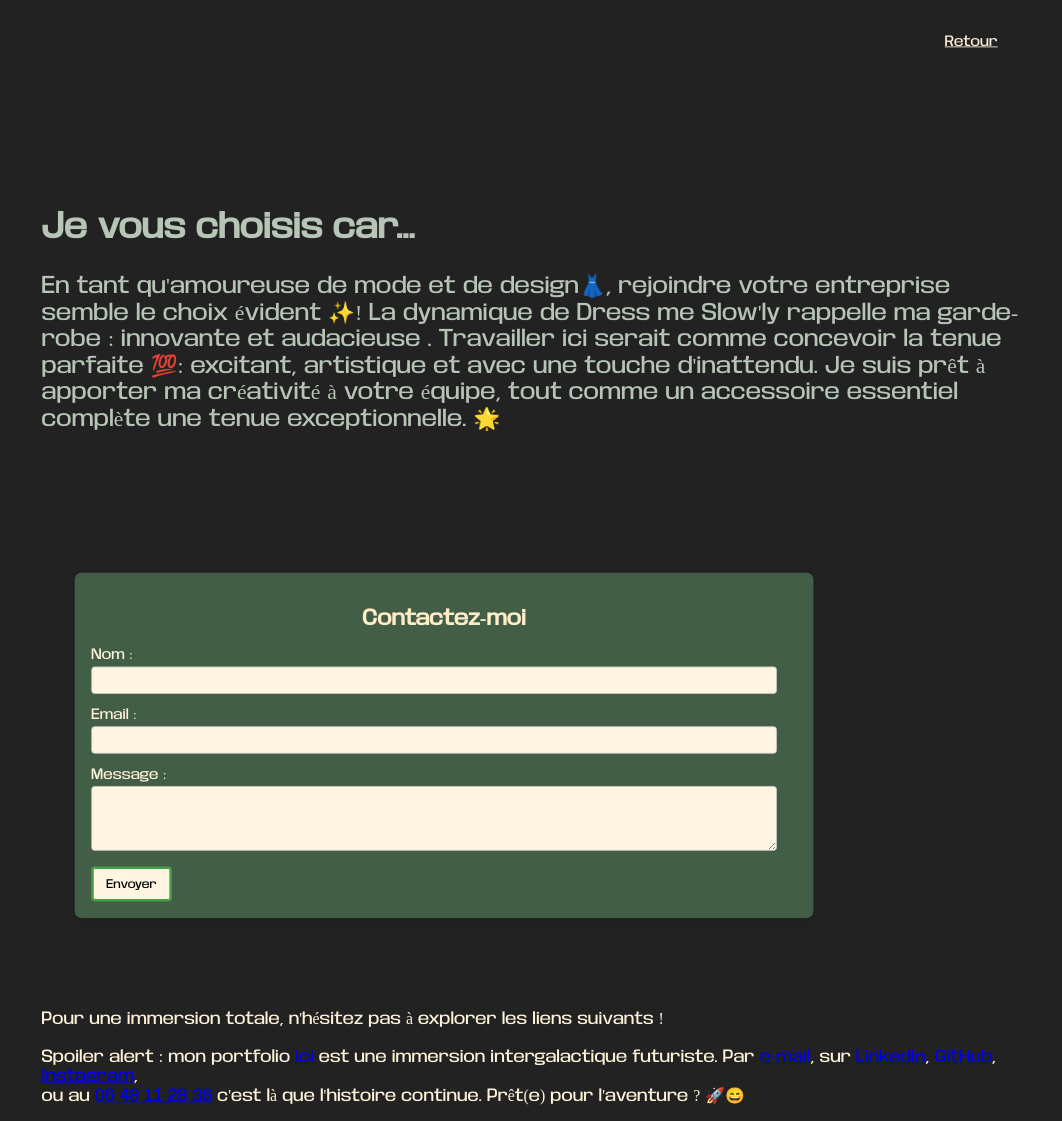
Repository: inessben/application
Page: about/about.html
The author's editor kept a copy of each file at every save. The page is drawn from the files as they stood at one save, then again after the next save.
The browser window is 1280 px wide. The pictures show the whole page, at 83% of full size.

Above is the page before, as saved 2023-12-04 04:25:38.

After the next save:
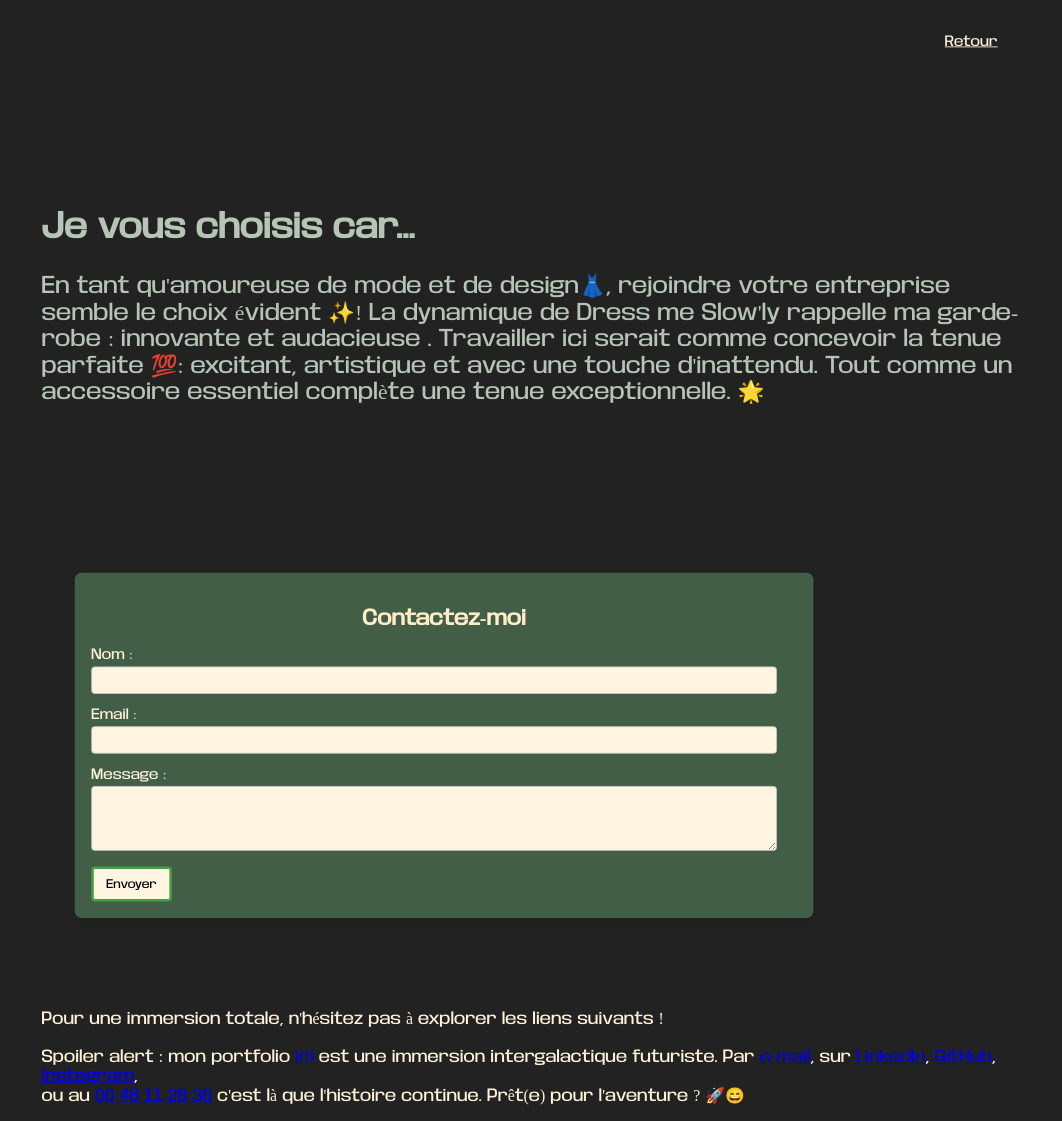
Saved 56 s later.
--- a/about/about.html
+++ b/about/about.html
@@ -35,7 +35,7 @@
     </section>
     <section id="description">
         <h1>Je vous choisis car...</h1>
-        <p> En tant qu'amoureuse de mode et de design👗, rejoindre votre entreprise semble le choix évident ✨! La dynamique de Dress me Slow'ly rappelle ma garde-robe : innovante et audacieuse . Travailler ici serait comme concevoir la tenue parfaite 💯: excitant, artistique et avec une touche d'inattendu. Je suis prêt à apporter ma créativité à votre équipe, tout comme un accessoire essentiel complète une tenue exceptionnelle. 🌟 </p>
+        <p> En tant qu'amoureuse de mode et de design👗, rejoindre votre entreprise semble le choix évident ✨! La dynamique de Dress me Slow'ly rappelle ma garde-robe : innovante et audacieuse . Travailler ici serait comme concevoir la tenue parfaite 💯: excitant, artistique et avec une touche d'inattendu. Tout comme un accessoire essentiel complète une tenue exceptionnelle. 🌟 </p>
     </section>
 
     <section id="contact-form-container">
